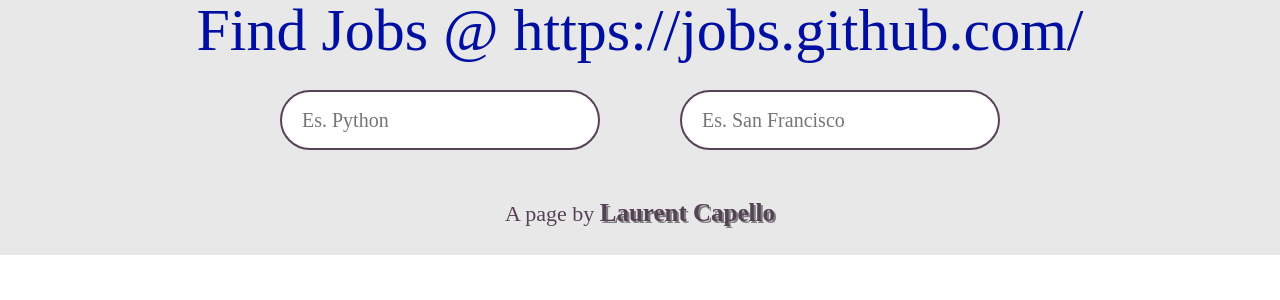
Repository: sokafootball/job-finder
Page: /
The author's editor kept a copy of each file at every save. The page is drawn from the files as they stood at one save, then again after the next save.
The browser window is 1280 px wide. The pictures show the whole page.
The page's requests for data from a server got no answer. The project was rebuilt for these pictures with package versions that can differ from the ones it lists, and the page was loaded fresh each time. No one was signed in, and anything a server would have sent is missing. Also part of the build but not shown: src/components/JobCard/JobCard.css, src/components/JobCard/JobCard.js.

Above is the page before, as saved 2020-10-23 13:21:14.

After the next save:
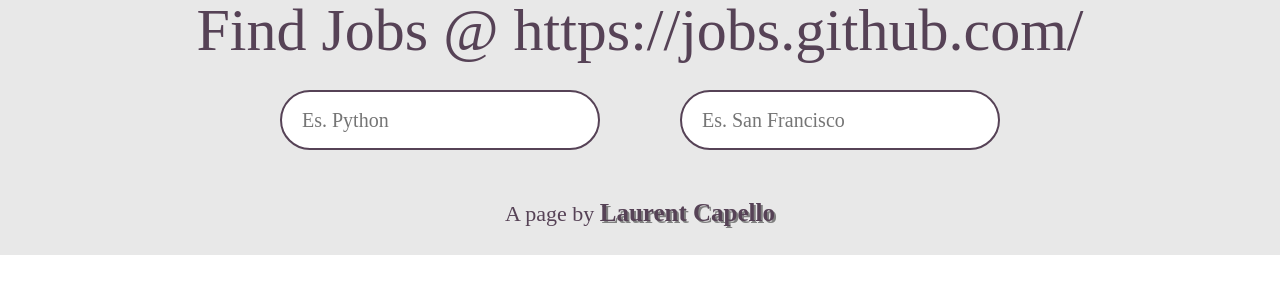
Saved 10 s later.
--- a/src/components/Header/Header.css
+++ b/src/components/Header/Header.css
@@ -1,4 +1,4 @@
 #title{
   font-size: 60px;
-  color: #000FA2
+  color: rgb()
 }
